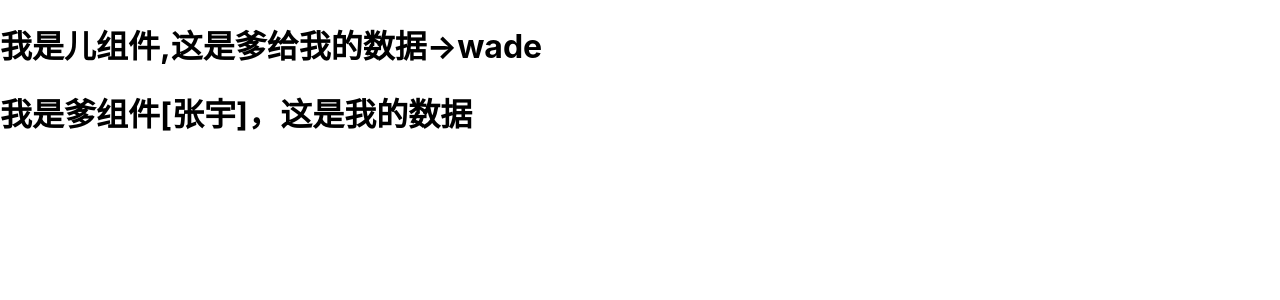
Repository: ZhangCoder0812/zf-react-project
Page: /
These files come from the project's save history. The page is drawn as it stood at one moment and after the next save; the edit follows.
The browser window is 1280 px wide. The pictures show the whole page.
The project was rebuilt for these pictures with package versions that can differ from the ones it lists, and the page was loaded fresh each time.

Above is the page before, as saved 2021-05-17 10:56:54.

After the next save:
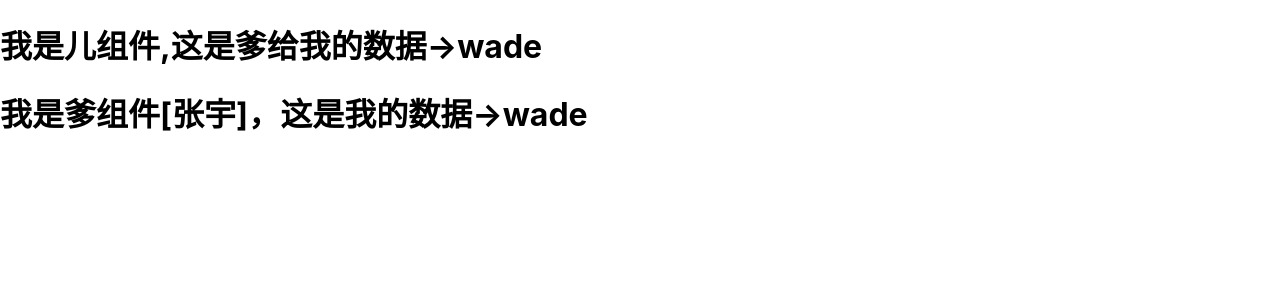
Saved 73 s later.
--- a/src/App.js
+++ b/src/App.js
@@ -10,7 +10,7 @@ class App extends React.Component {
         return (
             <div>
                 <Child data={name} />
-                <h1>我是爹组件[张宇]，这是我的数据</h1>
+                <h1>我是爹组件[张宇]，这是我的数据->{name}</h1>
             </div>
         );
     }
